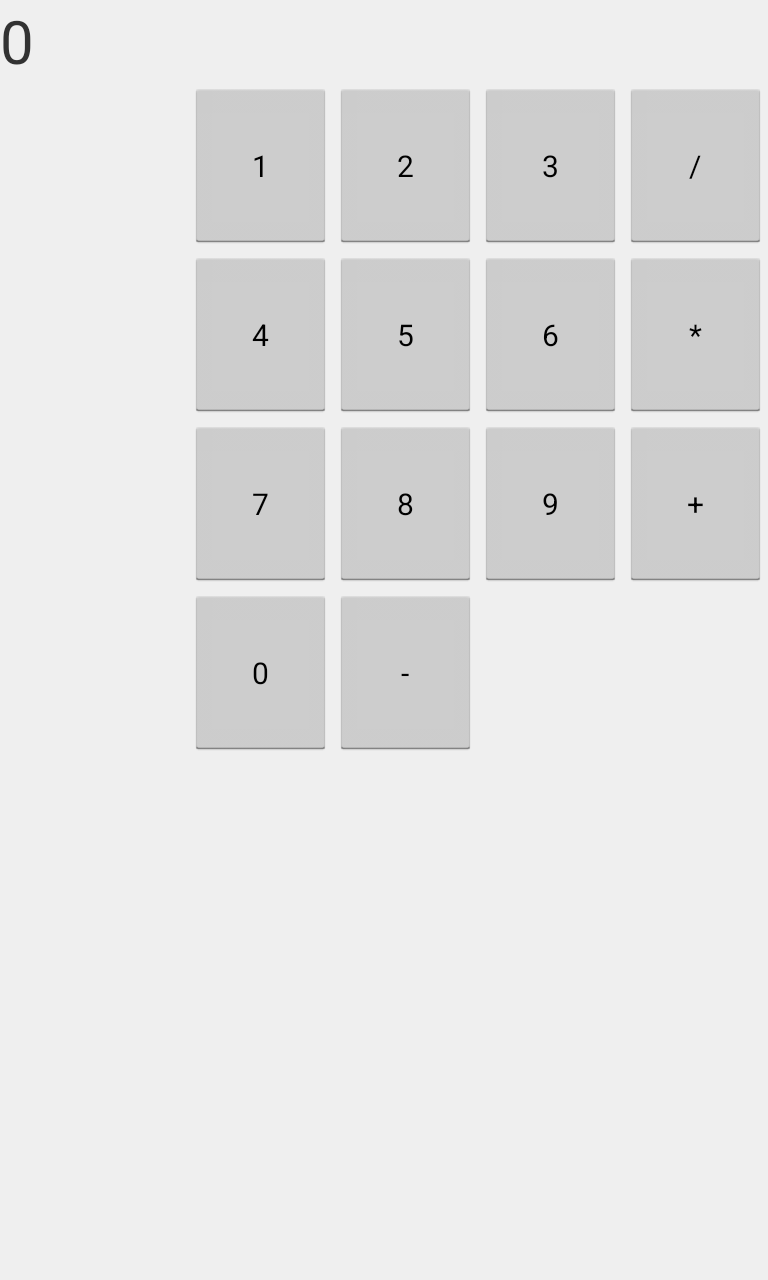
Repository: mariofer82/Calculadora
Layout: Aplicacion1/res/layout/activity_main.xml
The author's editor kept a copy of each file at every save. The layout is drawn from the files as they stood at one save, then again after the next save.
It is drawn on a 768 x 1280 px phone screen (xhdpi) without system bars, with theme AppTheme; the app's code is not run.

Above is the layout before, as saved 2013-08-23 16:53:55.

### Aplicacion1/res/layout/activity_main.xml


    <LinearLayout xmlns:android="http://schemas.android.com/apk/res/android"
android:orientation="vertical"
android:layout_width="fill_parent"
android:layout_height="fill_parent"
android:background="#1111"
>

<TextView
android:id="@+id/Resultado"
android:textSize="30sp"
android:layout_width="fill_parent"
android:layout_height="wrap_content"
android:text="0"
/>

<TableLayout xmlns:android="http://schemas.android.com/apk/res/android"
android:layout_width="fill_parent"
android:layout_height="fill_parent"
android:stretchColumns="1"
>
<TableRow>
<Button
android:layout_column="4"
android:id="@+id/Boton1"
android:layout_width="wrap_content"
android:layout_height="wrap_content"
android:text="1"
android:textSize="15dp"
android:padding="32dp"
>
</Button>
<Button
android:layout_column="4"
android:id="@+id/Boton2"
android:layout_width="wrap_content"
android:layout_height="wrap_content"
android:text="2"
android:textSize="15dp"
android:padding="32dp"
>


</Button>
<Button
android:layout_column="4"
android:id="@+id/Boton3"
android:layout_width="wrap_content"
android:layout_height="wrap_content"
android:text="3"
android:textSize="15dp"
android:padding="32dp"

>

</Button>
<Button
android:layout_column="4"
android:id="@+id/Botondiv"
android:layout_width="wrap_content"
android:layout_height="wrap_content"
android:text="/"
android:textSize="15dp"
android:padding="32dp"
>

</Button>
</TableRow>
<TableRow>
<Button
android:layout_column="4"
android:id="@+id/Boton4"
android:layout_width="wrap_content"
android:layout_height="wrap_content"
android:text="4"
android:textSize="15dp"
android:padding="32dp"

>

</Button>
<Button
android:layout_column="4"
android:id="@+id/Boton5"
android:layout_width="wrap_content"
android:layout_height="wrap_content"
android:text="5"
android:textSize="15dp"
android:padding="32dp"

>

</Button>
<Button
android:layout_column="4"
android:id="@+id/Boton6"
android:layout_width="wrap_content"
android:layout_height="wrap_content"
android:text="6"
android:textSize="15dp"
android:padding="32dp"

>

</Button>
<Button
android:layout_column="4"
android:id="@+id/Botonmulti"
android:layout_width="wrap_content"
android:layout_height="wrap_content"
android:text="*"
android:textSize="15dp"
android:padding="32dp"

>

</Button>
</TableRow>
<TableRow>
<Button
android:layout_column="4"
android:id="@+id/Boton7"
android:layout_width="wrap_content"
android:layout_height="wrap_content"
android:text="7"

android:textSize="15dp"
android:padding="32dp"
>

</Button>

<Button
android:layout_column="4"
android:id="@+id/Boton8"
android:layout_width="wrap_content"
android:layout_height="wrap_content"
android:text="8"
android:textSize="15dp"
android:padding="32dp"

>

</Button>
<Button
android:layout_column="4"
android:id="@+id/Boton9"
android:layout_width="wrap_content"
android:layout_height="wrap_content"
android:text="9"
android:textSize="15dp"
android:padding="32dp"

>

</Button>
<Button
android:layout_column="4"
android:id="@+id/Botonsuma"
android:layout_width="wrap_content"
android:layout_height="wrap_content"
android:text="+"
android:textSize="15dp"
android:padding="32dp"
>

</Button>
</TableRow>
<TableRow>
<Button
android:layout_column="4"
android:id="@+id/Boton0"
android:layout_width="wrap_content"
android:layout_height="wrap_content"
android:text="0"
android:textSize="15dp"
android:padding="32dp"
>

</Button>
<Button
android:layout_column="4"
android:id="@+id/Botonresta"
android:layout_width="wrap_content"
android:layout_height="wrap_content"
android:text="-"
android:textSize="15dp"
android:padding="32dp"
>

</Button>

</TableRow>


<TableRow>
</TableRow>
</TableLayout>
</LinearLayout>

Loaded but not shown: Aplicacion1/res/values/styles.xml (common file); Aplicacion1/res/values-v11/styles.xml (common file); Aplicacion1/res/values-v14/styles.xml (common file)

After the next save:
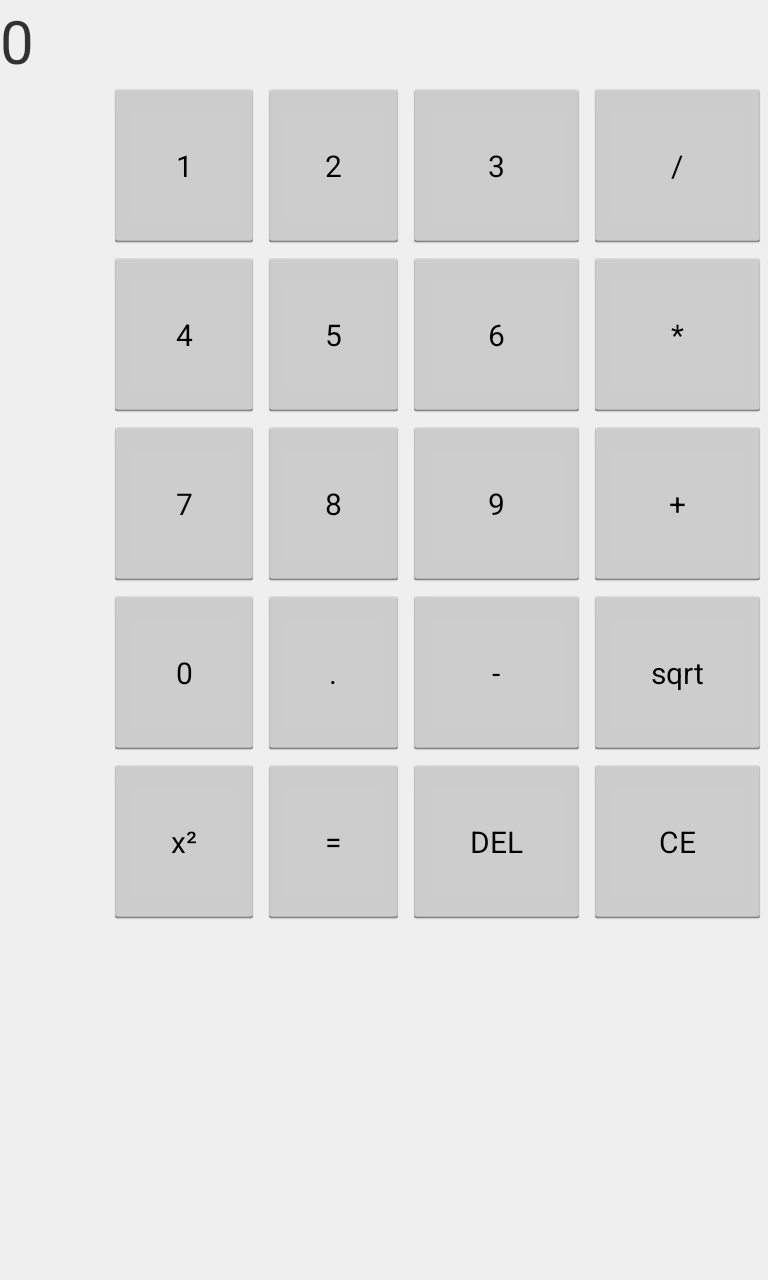
Saved 3 min 18 s later.
--- a/Aplicacion1/res/layout/activity_main.xml
+++ b/Aplicacion1/res/layout/activity_main.xml
@@ -1,6 +1,4 @@
-
-
-    <LinearLayout xmlns:android="http://schemas.android.com/apk/res/android"
+<LinearLayout xmlns:android="http://schemas.android.com/apk/res/android"
 android:orientation="vertical"
 android:layout_width="fill_parent"
 android:layout_height="fill_parent"
@@ -181,6 +179,17 @@ android:padding="32dp"
 </Button>
 <Button
 android:layout_column="4"
+android:id="@+id/Botonpunto"
+android:layout_width="wrap_content"
+android:layout_height="wrap_content"
+android:text="."
+android:textSize="15dp"
+android:padding="32dp"
+>
+
+</Button>
+<Button
+android:layout_column="4"
 android:id="@+id/Botonresta"
 android:layout_width="wrap_content"
 android:layout_height="wrap_content"
@@ -190,11 +199,76 @@ android:padding="32dp"
 >
 
 </Button>
-
-</TableRow>
-
-
-<TableRow>
+<Button
+android:layout_column="4"
+android:id="@+id/Botonsqrt"
+android:layout_width="wrap_content"
+android:layout_height="wrap_content"
+android:text="sqrt"
+android:textSize="15dp"
+android:padding="32dp"
+>
+
+</Button>
+</TableRow>
+
+
+
+
+
+
+
+<TableRow>
+
+
+<Button
+android:layout_column="4"
+android:id="@+id/Botonexp"
+android:layout_width="wrap_content"
+android:layout_height="wrap_content"
+android:text="x²"
+android:textSize="15dp"
+android:padding="32dp"
+>
+
+</Button>
+<Button
+android:layout_column="4"
+android:id="@+id/Botonigual"
+android:layout_width="wrap_content"
+android:layout_height="wrap_content"
+android:text="="
+android:textSize="15dp"
+android:padding="32dp"
+>
+
+</Button>
+
+<Button
+android:layout_column="4"
+android:id="@+id/DEL"
+android:layout_width="wrap_content"
+android:layout_height="wrap_content"
+android:text="DEL"
+
+android:textSize="15dp"
+android:padding="32dp"
+>
+
+</Button>
+<Button
+android:layout_column="4"
+android:id="@+id/CE"
+android:layout_width="wrap_content"
+android:layout_height="wrap_content"
+android:text="CE"
+
+
+android:textSize="15dp"
+android:padding="32dp"
+>
+
+</Button>
 </TableRow>
 </TableLayout>
 </LinearLayout>
